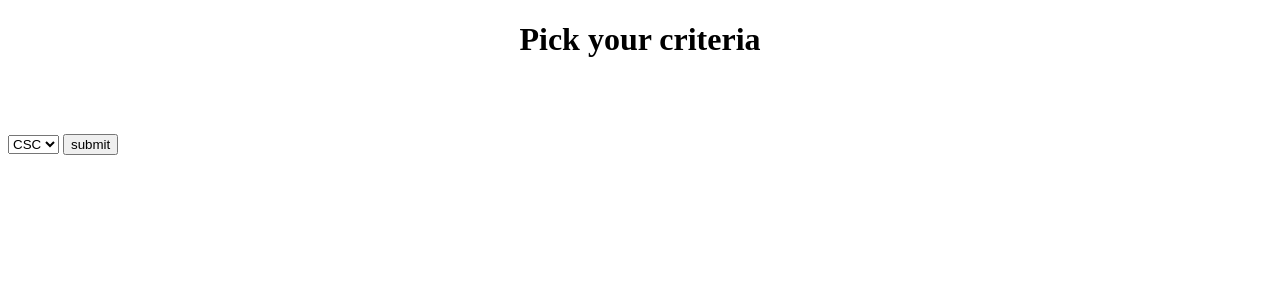
Repository: weshayutin/java258Online
Page: http://localhost/Week5Assignment2/classdisplay.jsp
The author's editor kept a copy of each file at every save. The page is drawn from the files as they stood at one save, then again after a run of saves.
The browser window is 1280 px wide. The pictures show the whole page.
The page is served by Tomcat 9. Other server files are loaded and not shown.

Above is the page before, as saved 2011-02-16 02:49:08.

### workspace/Week5Assignment2/WebContent/classdisplay.jsp
<%@ page language="java" contentType="text/html; charset=UTF-8"
    pageEncoding="UTF-8"%>
<!DOCTYPE html PUBLIC "-//W3C//DTD HTML 4.01 Transitional//EN" "http://www.w3.org/TR/html4/loose.dtd">
<html>
<head>
<meta http-equiv="Content-Type" content="text/html; charset=UTF-8">
<title>Pick your Display</title>
</head>
<body>

<%

    String URI = request.getRequestURI();
    String myRefferingPage = (String)session.getAttribute("page");
    if(myRefferingPage == null){
    }
    else{
    	out.println("<br><b> URI= "+URI+"</b><br>");
		out.println("<br><b> myRefferingPage= "+myRefferingPage+"</b><br>");
		response.addHeader("page",myRefferingPage);
    }


%>


<h1 align="center"> Pick your criteria</h1>
<br><br><br>
<form action="criteria.do" name ="criteria" method="POST">
  <select name=criteria>
  <option value="CSC">CSC</option>
  <option value="ENG">ENG</option>
</select>

	 <input type="SUBMIT" value="submit"/>

</form>


</body>
</html>

After the next 3 saves:
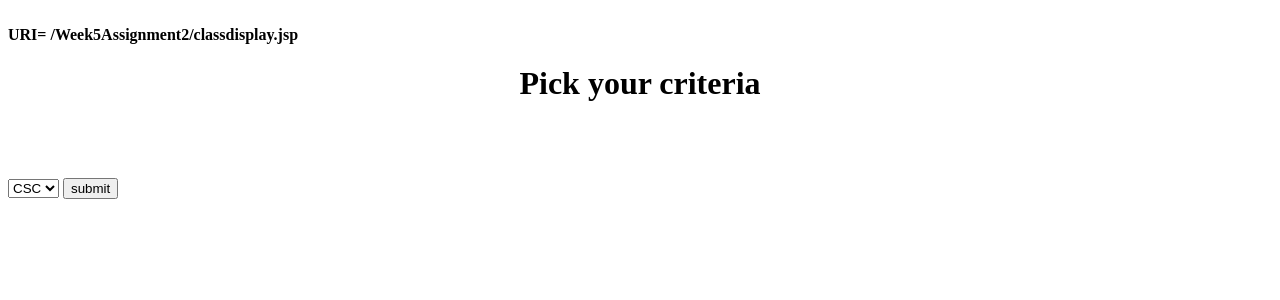
The 3 saves are shown as one change because 2 did not build or start.
The last was saved 70 s later.
--- a/workspace/Week5Assignment2/WebContent/classdisplay.jsp
+++ b/workspace/Week5Assignment2/WebContent/classdisplay.jsp
@@ -11,14 +11,10 @@
 <%
 
     String URI = request.getRequestURI();
-    String myRefferingPage = (String)session.getAttribute("page");
-    if(myRefferingPage == null){
-    }
-    else{
-    	out.println("<br><b> URI= "+URI+"</b><br>");
-		out.println("<br><b> myRefferingPage= "+myRefferingPage+"</b><br>");
-		response.addHeader("page",myRefferingPage);
-    }
+    request.setAttribute("page",URI);
+    out.println("<br><b> URI= "+URI+"</b><br>");
+
+
 
 
 %>
